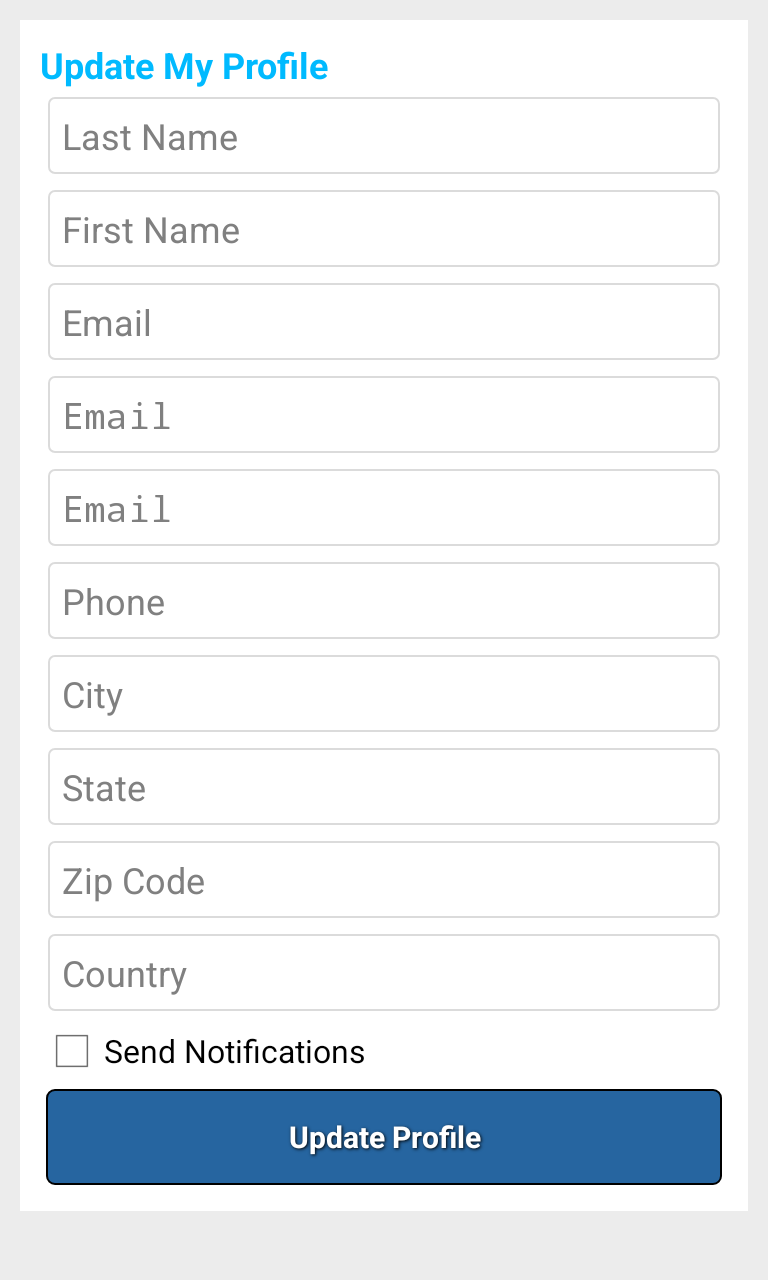
Repository: spotmob/spotmob
Layout: SpotMob/res/layout/my_profile.xml
The author's editor kept a copy of each file at every save. The layout is drawn from the files as they stood at one save, then again after the next save.
It is drawn on a 768 x 1280 px phone screen (xhdpi) without system bars, with theme ThemeSelector; the app's code is not run.

Above is the layout before, as saved 2013-06-19 05:07:57.

After the next save:
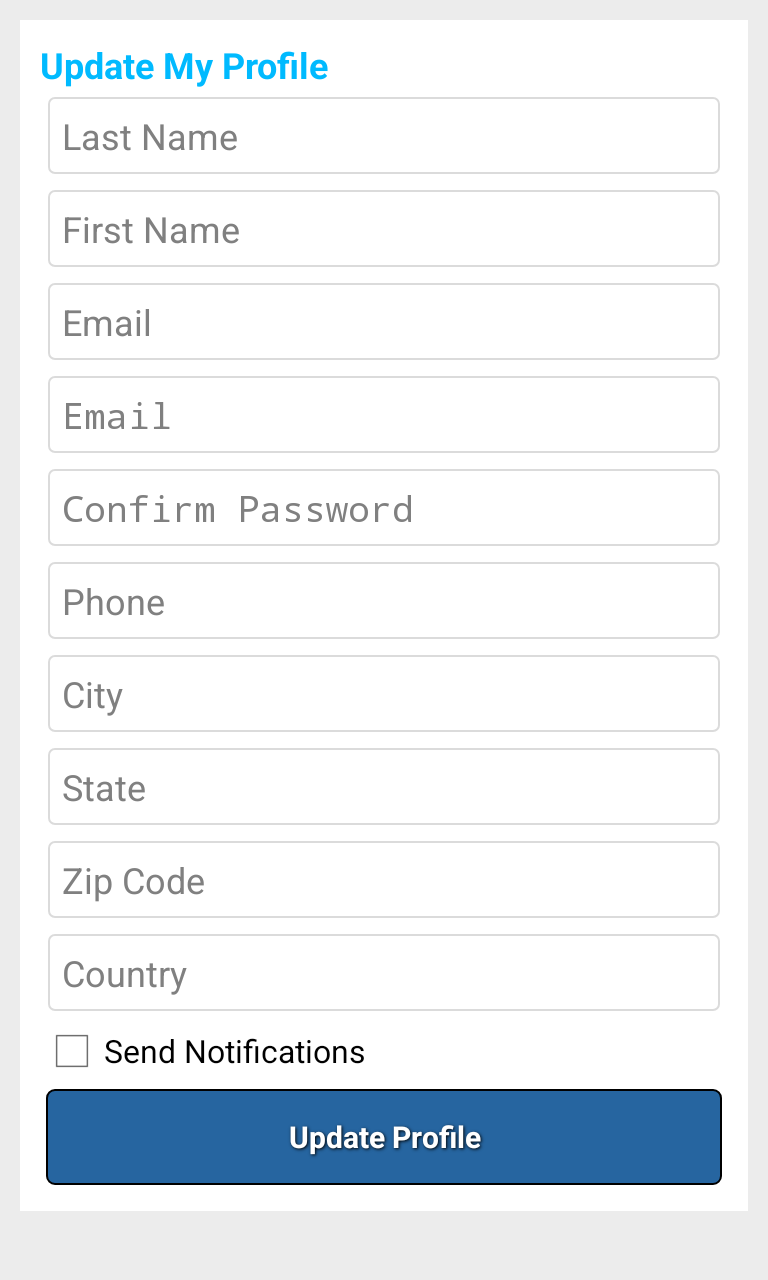
Saved 5 s later.
--- a/SpotMob/res/layout/my_profile.xml
+++ b/SpotMob/res/layout/my_profile.xml
@@ -91,7 +91,7 @@
             android:layout_margin="4dip"
             android:background="@drawable/gradient_edit_text"
             android:ems="10"
-            android:hint="@string/email_hint"
+            android:hint="@string/confirm_password_hint"
             android:inputType="textPassword" />
 
         <EditText
